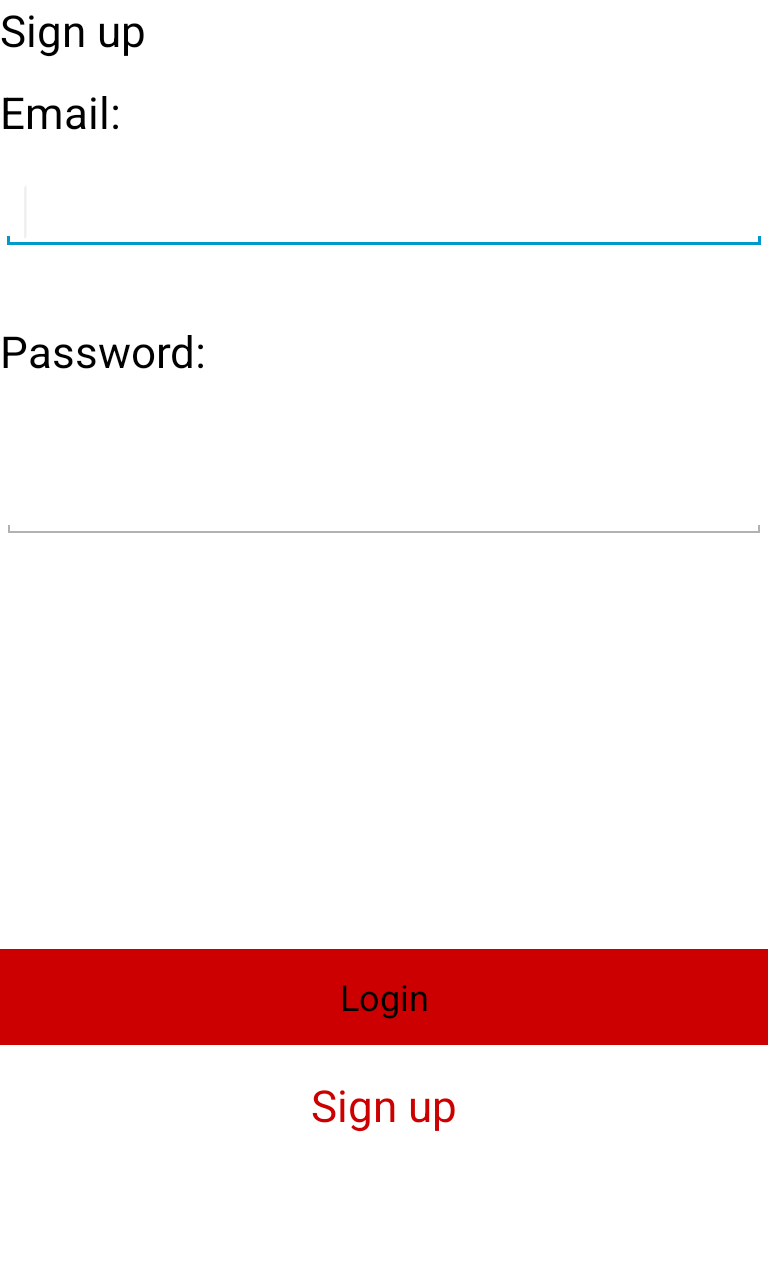
Repository: erwasambo/greendevelopment
Layout: GreenDevelopment/NASCuisine/res/layout/login.xml
The author's editor kept a copy of each file at every save. The layout is drawn from the files as they stood at one save, then again after the next save.
It is drawn on a 768 x 1280 px phone screen (xhdpi) without system bars, with theme AppTheme; the app's code is not run.

Above is the layout before, as saved 2013-12-03 01:42:15.

### GreenDevelopment/NASCuisine/res/layout/login.xml
<?xml version="1.0" encoding="utf-8"?>
<RelativeLayout xmlns:android="http://schemas.android.com/apk/res/android"
    android:layout_width="match_parent"
    android:layout_height="match_parent" >

    <TextView
        android:id="@+id/textView1"
        android:layout_width="wrap_content"
        android:layout_height="wrap_content"
        android:layout_alignParentLeft="true"
        android:layout_alignParentTop="true"
        android:layout_marginTop="41dp"
        android:text="@string/email"
        android:textAppearance="?android:attr/textAppearanceLarge" />

    <TextView
        android:id="@+id/textView2"
        android:layout_width="wrap_content"
        android:layout_height="wrap_content"
        android:layout_alignParentLeft="true"
        android:layout_below="@+id/textView1"
        android:layout_marginTop="90dp"
        android:text="@string/password"
        android:textAppearance="?android:attr/textAppearanceLarge" />


    <EditText
        android:id="@+id/loginEmail"
        android:layout_width="match_parent"
        android:layout_height="wrap_content"
        android:layout_alignParentLeft="true"
        android:layout_below="@+id/textView1"
        android:layout_marginTop="16dp"
        android:ems="10"
        android:inputType="textEmailAddress" >

        <requestFocus />
    </EditText>


    <EditText
        android:id="@+id/loginPassword"
        android:layout_width="match_parent"
        android:layout_height="wrap_content"
        android:layout_alignParentLeft="true"
        android:layout_below="@+id/textView2"
        android:layout_marginTop="41dp"
        android:ems="10"
        android:inputType="textPassword" />


    <TextView
        android:id="@+id/tvLinkToRegisterScreen"
        android:layout_width="wrap_content"
        android:layout_height="wrap_content"
        android:layout_alignParentBottom="true"
        android:layout_centerHorizontal="true"
        android:layout_marginBottom="73dp"
        android:text="@string/signup"
        android:textColor="@color/purple"
        android:textAppearance="?android:attr/textAppearanceLarge" />



    <TextView
        android:id="@+id/login_error"
        android:layout_width="wrap_content"
        android:layout_height="wrap_content"
        android:layout_alignParentBottom="true"
        android:layout_centerHorizontal="true"
        android:layout_marginBottom="14dp" />

    <Button
        android:id="@+id/btnLogin"
        android:layout_width="match_parent"
        android:layout_height="wrap_content"
        android:layout_above="@+id/tvLinkToRegisterScreen"
        android:layout_centerHorizontal="true"
        android:layout_marginBottom="15dp"
        android:background="@color/purple"
        android:text="@string/login" />

    <TextView
        android:id="@+id/TextView01"
        android:layout_width="wrap_content"
        android:layout_height="wrap_content"
        android:layout_alignParentLeft="true"
        android:layout_alignParentTop="true"
        android:text="@string/signup"
        android:textAppearance="?android:attr/textAppearanceLarge" />

</RelativeLayout>

### GreenDevelopment/NASCuisine/res/values/strings.xml
<?xml version="1.0" encoding="utf-8"?>
<resources>

    <string name="app_name">NAS Cuisine</string>
     <string name="app_namelogin">NAS Cuisine - Log in</string>




    <string name="action_settings">Settings</string>
    <string name="activity_scrollview">ScrollView</string>
    <string name="activity_listview">ListView</string>
    <string name="activity_gridview">GridView</string>
    <string name="activity_webview">WebView</string>
    <string name="activity_fragment_tabs">Fragments + Tabs</string>
    <string name="activity_fragment_tabs_vp">Fragments + Tabs + ViewPager</string>
    <string name="pref_title_stick_container">Stick layer to</string>
    <string name="pref_title_show_shadow">Show shadow</string>
    <string name="pref_title_show_offset">Closed offset</string>
    <string name="open_button_container">Open</string>
    <string name="close_button_container">Close</string>
	<string name="title_activity_main">PayPal Access</string>
    <string name="title_activity_login">Login</string>
    <string name="btn_login">Login with PayPal</string>
    <string name="progress_loading_title">Loading&#8320;</string>
    <string name="progress_loading_msg">Login is possible in a few seconds</string>
    <string name="toast_login_ok">Logged in</string>
    <string name="toast_login_failed">Login failed</string>
    <string name="login_description">This enables the user to use his PayPal credentials to login. Thus he doesn\'t have to create yet another account and remember yet another password.</string>
	<string name="login_oauth">OAuth 2.0</string>
	<string name="login_openid">OpenID</string>

    <string name="swipe_label">Swipe!</string>
    <string name="swipe_left_label">Swipe left!</string>
    <string name="swipe_right_label">Swipe right!</string>
    <string name="swipe_up_label">Swipe up!</string>
    <string name="swipe_down_label">Swipe down!</string>

    <string name="label_right">Right</string>
    <string name="label_left">Left</string>
    <string name="label_middle">Middle</string>
    <string name="label_top">Top</string>
    <string name="label_bottom">Bottom</string>

    <string name="not_applicable">n/a</string>

    <string-array name="pref_list_titles">
        <item>@string/label_right</item>
        <item>@string/label_middle</item>
        <item>@string/label_left</item>
        <item>@string/label_top</item>
        <item>@string/label_bottom</item>
    </string-array>
    <string-array name="pref_list_values">
        <item>right</item>
        <item>middle</item>
        <item>left</item>
        <item>top</item>
        <item>bottom</item>
    </string-array>

    <string name="pref_go">Go!</string>

    <string name="no_media_warning">Storage Media not present</string>
    <string name="no_media_hint">Sharing the storage media with a PC can make it inaccessible</string>
    <string name="open_failed">Unable to open document</string>
    <string name="cancel">Cancel</string>
    <string name="search_backwards">Search backwards</string>
    <string name="search_forwards">Search forwards</string>
    <string name="search_document">Search document</string>
    <string name="picker_title">NAS Cuisine</string>
    <string name="outline_title">Table of Contents</string>
    <string name="enter_password">Enter Password</string>
    <string name="text_not_found">Text not found</string>
    <string name="searching_">Searching...</string>
    <string name="link_control">Link highlighting and enabling</string>
    <string name="no_further_occurences_found">No further occurences found</string>
    <string name="gen_pdf">Generate pdf</string>
    <string name="view_pdf">View pdf</string>
    <string name="title_activity_main">MainActivity</string>
    <string name="progress_title">Generateing pdf...</string>

    <string name="taliiafrica">Julisha</string>
	<string name="main">Julisha</string>
	<string name="weather">Check Weather</string>
	<string name="rescue">Emergency Rescue</string>
	<string name="exit">Exit</string>
	<string name="srtsail">Begin Sailing</string>
	<string name="stpsail">End Sailing</string>
	<string name="chkmap">Check Map</string>
	<string name="sets">Settings</string>
	<string name="vsltype">Vessel Type:</string>
	<string name="vid">Vessel Id:</string>
	<string name="vslname">Vessel Name:</string>
	<string name="wtrbody">Water Body:</string>
	<string name="desc">General Description:</string>
	<string name="sv">Save</string>
	<string name="lgout">Logout</string>
	<string name="sail">Sailing</string>
	<string name="myacc">My Account</string>
	<string name="date">Date:</string>
	<string name="time">Time:</string>
	<string name="initloc">Initial Location:</string>
	<string name="Destination">Destination:</string>
	<string name="onboard">Number Onboard:</string>
	<string name="act">Activity:</string>
	<string name="bgnSail">Begin Sailing</string>
	<string name="currLoc">Current Location:</string>
	<string name="endsail">End Sailing</string>
	<string name="prevloc">Previous Location</string>
	<string name="desc2">Image2</string>
	<string name="login">Login</string>
	<string name="email">Email:</string>
	<string name="password">Password:</string>
	<string name="newtojulisharegister">New to Julisha? Register here</string>
	<string name="registeracc">Register New Account</string>
	<string name="fullname">Full Name</string>
	<string name="logout">Logout</string>
	<string name="briefdesc">Brief Description:</string>
	<string name="safe">Safe</string>
	<string name="minor">Minor Problem</string>
	<string name="danger">Danger</string>
	<string name="xtremedanger">Extreme Danger</string>
	<string name="signup">Sign up</string>
	<string name="donthaveacc">Don\'t have an account yet?</string>




</resources>

### GreenDevelopment/NASCuisine/res/values/colors.xml
<?xml version="1.0" encoding="utf-8"?>

<!--
  ~ Copyright 2013 Chris Banes
  ~
  ~ Licensed under the Apache License, Version 2.0 (the "License");
  ~ you may not use this file except in compliance with the License.
  ~ You may obtain a copy of the License at
  ~
  ~     http://www.apache.org/licenses/LICENSE-2.0
  ~
  ~ Unless required by applicable law or agreed to in writing, software
  ~ distributed under the License is distributed on an "AS IS" BASIS,
  ~ WITHOUT WARRANTIES OR CONDITIONS OF ANY KIND, either express or implied.
  ~ See the License for the specific language governing permissions and
  ~ limitations under the License.
  <color name="black">#FF000000</color>
  -->

<resources>
     <color name="white">#FFFFFF</color>
	 <color name="canvas">#CC0000</color>
		<color name="bar">#CC0000</color>
     <color name="black">#FF000000</color>
     <color name="purple">#CC0000</color>
    <color name="holo_dark_green">@color/purple</color>
	<color name="default_progress_bar_color">@color/white</color>
	 <color name="abs__background_holo_dark">@color/purple</color>
    <color name="abs__background_holo_light">@color/purple</color>
    <color name="abs__bright_foreground_holo_dark">@color/purple</color>
    <color name="abs__bright_foreground_holo_light">@color/purple</color>
    <color name="abs__bright_foreground_disabled_holo_dark">@color/purple</color>
    <color name="abs__bright_foreground_disabled_holo_light">@color/purple</color>
</resources>

Loaded but not shown: GreenDevelopment/NASCuisine/res/values/styles.xml (common file); GreenDevelopment/NASCuisine/res/values-v11/styles.xml (common file); GreenDevelopment/NASCuisine/res/values-v14/styles.xml (common file)

After the next save:
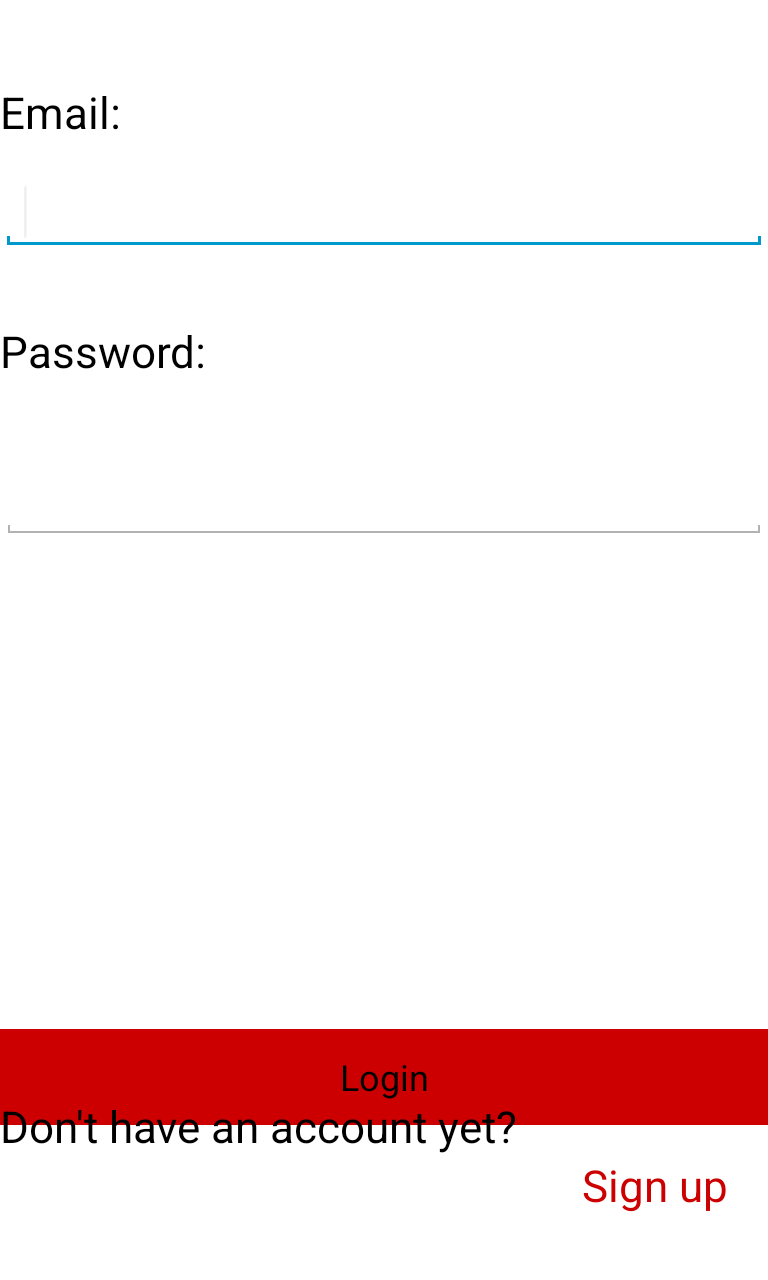
Saved 70 s later.
--- a/GreenDevelopment/NASCuisine/res/layout/login.xml
+++ b/GreenDevelopment/NASCuisine/res/layout/login.xml
@@ -49,18 +49,6 @@
         android:inputType="textPassword" />
 
 
-    <TextView
-        android:id="@+id/tvLinkToRegisterScreen"
-        android:layout_width="wrap_content"
-        android:layout_height="wrap_content"
-        android:layout_alignParentBottom="true"
-        android:layout_centerHorizontal="true"
-        android:layout_marginBottom="73dp"
-        android:text="@string/signup"
-        android:textColor="@color/purple"
-        android:textAppearance="?android:attr/textAppearanceLarge" />
-
-
 
     <TextView
         android:id="@+id/login_error"
@@ -84,9 +72,20 @@
         android:id="@+id/TextView01"
         android:layout_width="wrap_content"
         android:layout_height="wrap_content"
+        android:layout_above="@+id/tvLinkToRegisterScreen"
         android:layout_alignParentLeft="true"
-        android:layout_alignParentTop="true"
-        android:text="@string/signup"
+        android:text="@string/donthaveacc"
         android:textAppearance="?android:attr/textAppearanceLarge" />
 
+    <TextView
+        android:id="@+id/tvLinkToRegisterScreen"
+        android:layout_width="wrap_content"
+        android:layout_height="wrap_content"
+        android:layout_above="@+id/login_error"
+        android:layout_alignParentRight="true"
+        android:layout_marginRight="20dp"
+        android:text="@string/signup"
+        android:textAppearance="?android:attr/textAppearanceLarge"
+        android:textColor="@color/purple" />
+
 </RelativeLayout>
